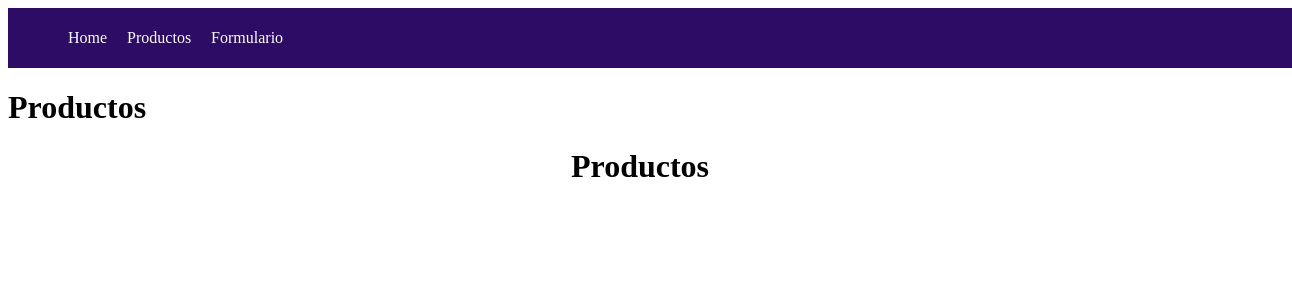
Repository: LadyJohana20/clases
Page: Clase-05-nodesass/public/pages/productos.html
The author's editor kept a copy of each file at every save. The page is drawn from the files as they stood at one save, then again after the next save.
The browser window is 1280 px wide. The page is 1292 px wide, so the pictures cover 1292 px, including what lies to the right of the window. The pictures show the whole page.

Above is the page before, as saved 2026-01-27 20:48:16.

After the next save:
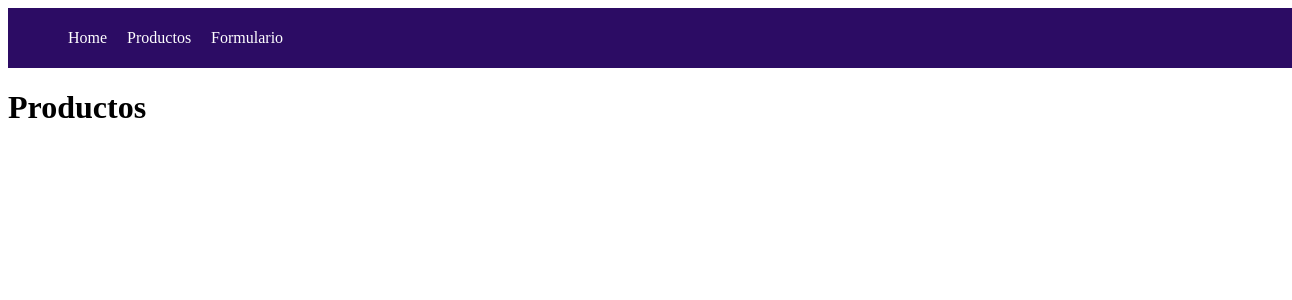
Saved 51 s later.
--- a/Clase-05-nodesass/public/js/productos.js
+++ b/Clase-05-nodesass/public/js/productos.js
@@ -77,10 +77,10 @@ listaNavegacion.appendChild(lisFormulario);
 navegación.appendChild(listaNavegacion);
 
 let titulo = document.createElement('h1');
-titulo.innerText = 'Productos';
+/*titulo.innerText = 'Productos';*/
 titulo.style.textAlign = 'center';
 titulo.style.marginTop = '20px';
 
 
-let body = document.getElementById('body');
-body.appendChild(titulo);
+/*let body = document.getElementById('body');
+body.appendChild(titulo);*/
